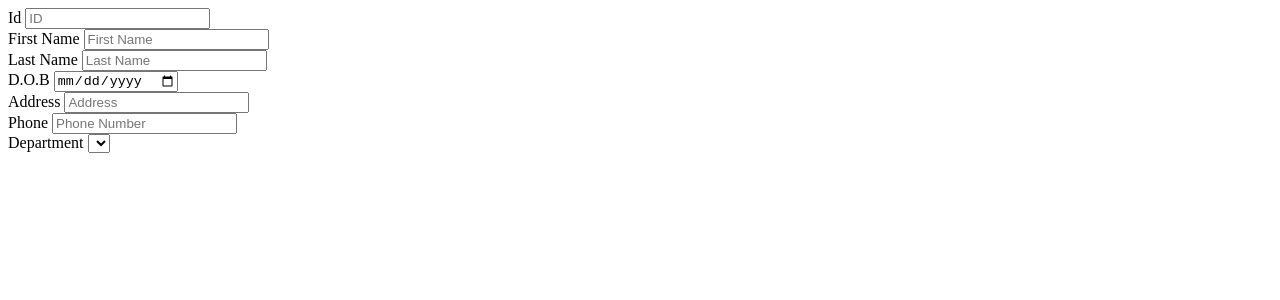
Repository: shubhamsingh331/Learners_Academy
Page: http://localhost/LearnersAcademy/Students/AddStudents.jsp
An editor plug-in stored every save of this project. The page is shown before and after the next save, followed by the edit.
The browser window is 1280 px wide. The pictures show the whole page.
The page is served by Tomcat 9. Other server files are loaded and not shown.

Above is the page before, as saved 2023-10-11 08:13:48.

### LearnersAcademy/src/main/webapp/Students/AddStudents.jsp
<%@page import="java.sql.ResultSet"%>
<%@page import="java.sql.PreparedStatement"%>
<%@page import="java.sql.DriverManager"%>
<%@page import="java.sql.Connection"%>
<%@ page language="java" contentType="text/html; charset=ISO-8859-1"
    pageEncoding="ISO-8859-1"%>
<!DOCTYPE html>
<html>
<head>
<meta charset="ISO-8859-1">
<title>Insert title here</title>
</head>
<body>
<form action="AddStudents.jsp" method="post">
Id <input type="text" name="id" placeholder="ID"><br>
First Name <input type="text" name="fname" placeholder="First Name"><br>
Last Name <input type="text" name="lname" placeholder="Last Name"><br>
D.O.B <input type="date" name="date"><br>
Address <input type="text" name="address" placeholder="Address"><br>
Phone <input type="text" name="phono" placeholder="Phone Number"><br>
Department <select>
<%String jdbcUrl = "jdbc:mysql://localhost:3306/StudentManagement1";
String dbUsername = "root";
String dbPassword = "123456";

    Class.forName("com.mysql.cj.jdbc.Driver");
    Connection conn = DriverManager.getConnection(jdbcUrl, dbUsername, dbPassword);
    String sql = "show tables";
    PreparedStatement ps = conn.prepareStatement(sql);
    ResultSet rs = ps.executeQuery();
    while(rs.next()){
    	%>
    	<option><%=rs.getString(1) %></option>
<%}%>
</select>

</form>
</body>
</html>

After the next save:
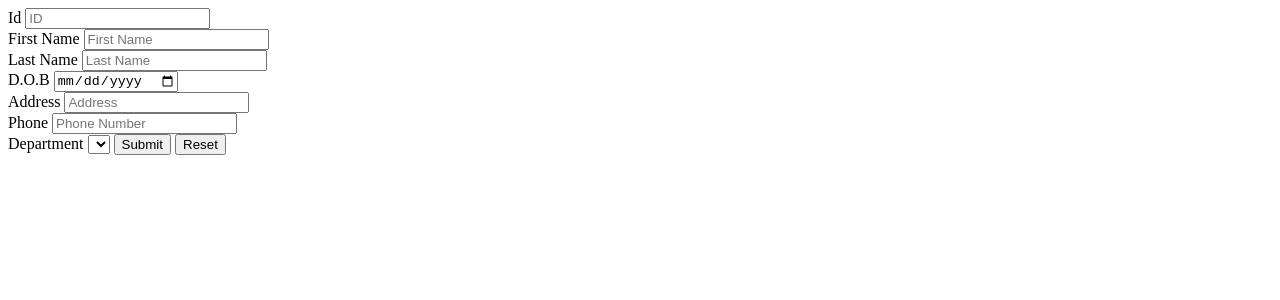
Saved 52 s later.
--- a/LearnersAcademy/src/main/webapp/Students/AddStudents.jsp
+++ b/LearnersAcademy/src/main/webapp/Students/AddStudents.jsp
@@ -33,6 +33,8 @@ String dbPassword = "123456";
     	<option><%=rs.getString(1) %></option>
 <%}%>
 </select>
+<input type="submit" value="Submit">
+<input type="reset" value="Reset">
 
 </form>
 </body>
